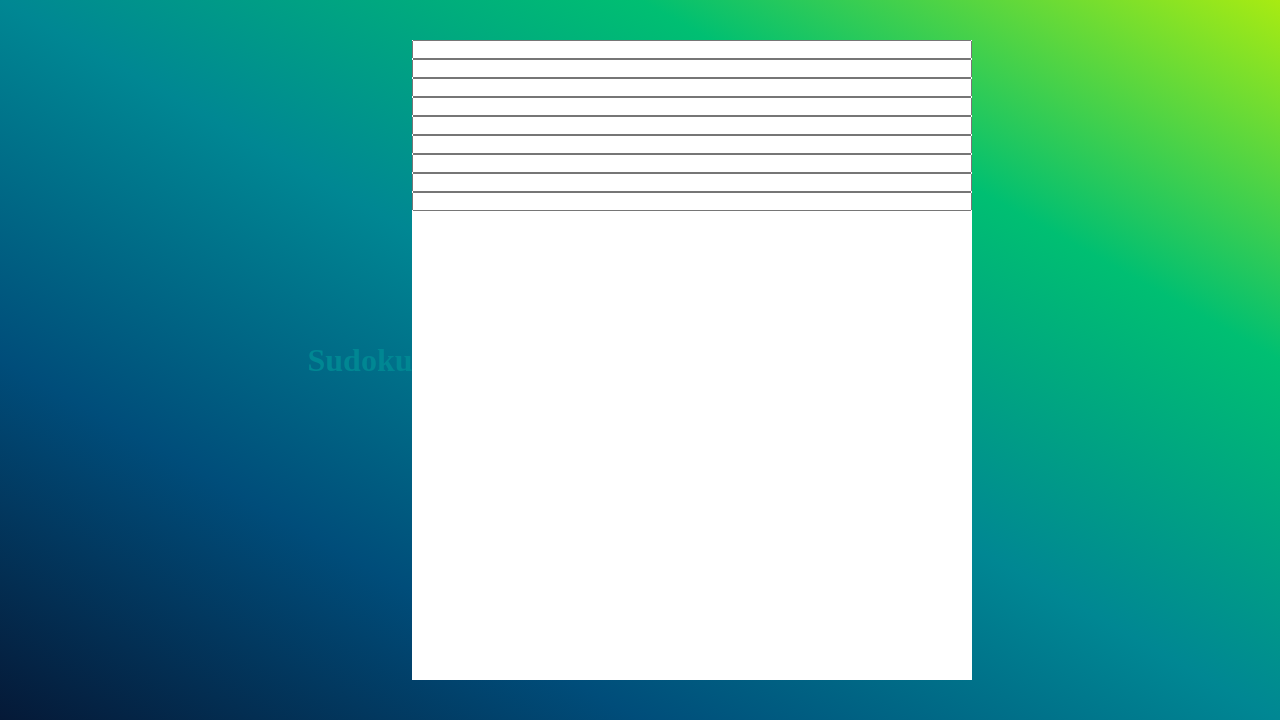
Repository: pattypetrikova/sudoku
Page: index.html
An editor plug-in stored every save of this project. The page is shown before and after the next save, followed by the edit.
The browser window is 1280 px wide. The pictures show the whole page.

Above is the page before, as saved 2022-12-30 10:19:49.

### index.html
<!DOCTYPE html>
<html lang="en">
<head>
    <meta charset="UTF-8">
    <meta http-equiv="X-UA-Compatible" content="IE=edge">
    <meta name="viewport" content="width=device-width, initial-scale=1.0">
    <link rel="stylesheet" href="./assets/style.css">
    <link rel="preconnect" href="https://fonts.googleapis.com">
    <link rel="preconnect" href="https://fonts.gstatic.com" crossorigin>
    <link href="https://fonts.googleapis.com/css2?family=Montserrat:ital,wght@0,700;1,400&display=swap" rel="stylesheet">
    <title>Sudoku</title>
</head>
<body>
    <main class="background">
        <h1 class="title">Sudoku</h1>
        <div class="game">
            <div class="head">
                <div class="buttons"></div>
            </div>
            <div>
                <form class="gameboard" action="">
                    <input class="number" type="text">
                    <input class="number" type="text">
                    <input class="number" type="text">
                    <input class="number" type="text">
                    <input class="number" type="text">
                    <input class="number" type="text">
                    <input class="number" type="text">
                    <input class="number" type="text">
                    <input class="number" type="text">
                </form>
            </div>
            <div class="footer">
                <div class="footer-buttons">

                </div>
            </div>
        </div>
    </main>
</body>
</html>

### assets/style.css
/* simple reset */
* {
    margin: 0;
    padding: 0;
    box-sizing: border-box;
}

/* general styles */
.game {
    font-family: 'Montserrat', sans-serif;
    color: white;
}

/* project styles */

.background {
    background-image: linear-gradient(to right top, #051937, #004d7a, #008793, #00bf72, #a8eb12);
    height: 100vh;
    display: flex;
    align-items: center;
    justify-content: center
}


.game {
    background-color: white;
    min-width: 35em;
    min-height: 40em;
}

.title {
    color: #008793;
}

.gameboard {
    display: grid;

}

After the next save:
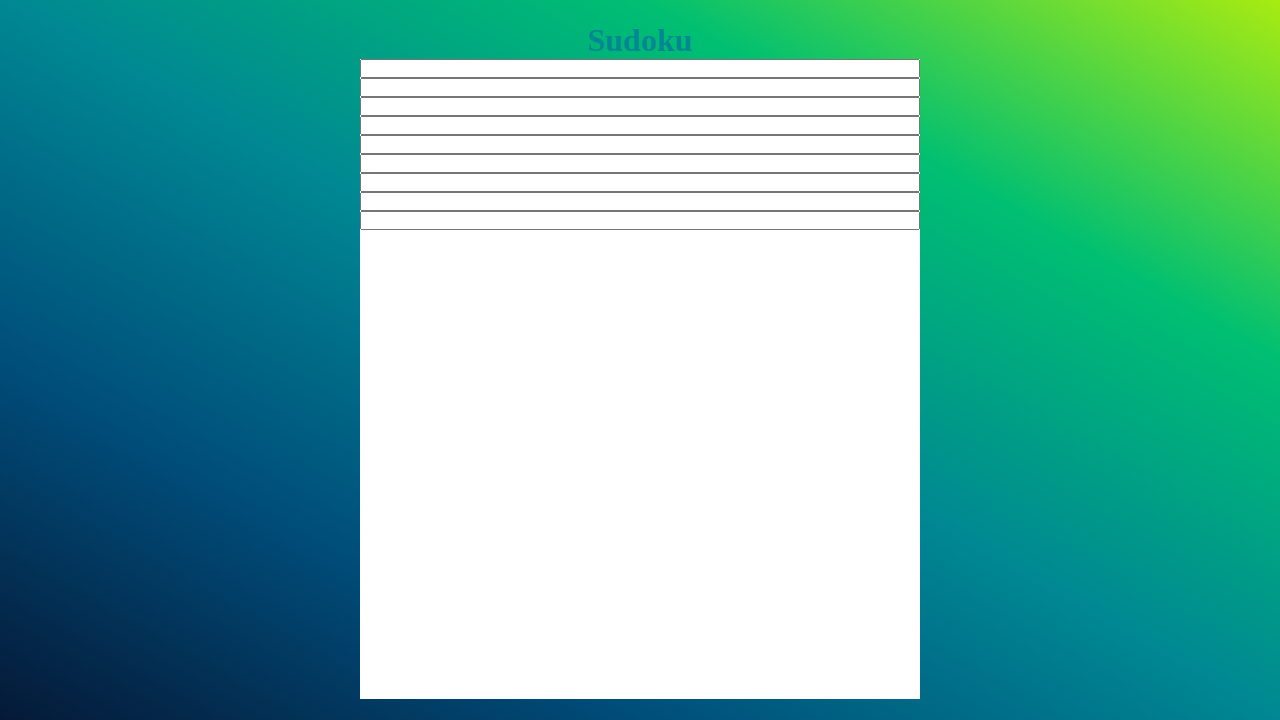
Saved 17 s later.
--- a/assets/style.css
+++ b/assets/style.css
@@ -18,7 +18,8 @@
     height: 100vh;
     display: flex;
     align-items: center;
-    justify-content: center
+    justify-content: center;
+    flex-direction: column;
 }
 
 
